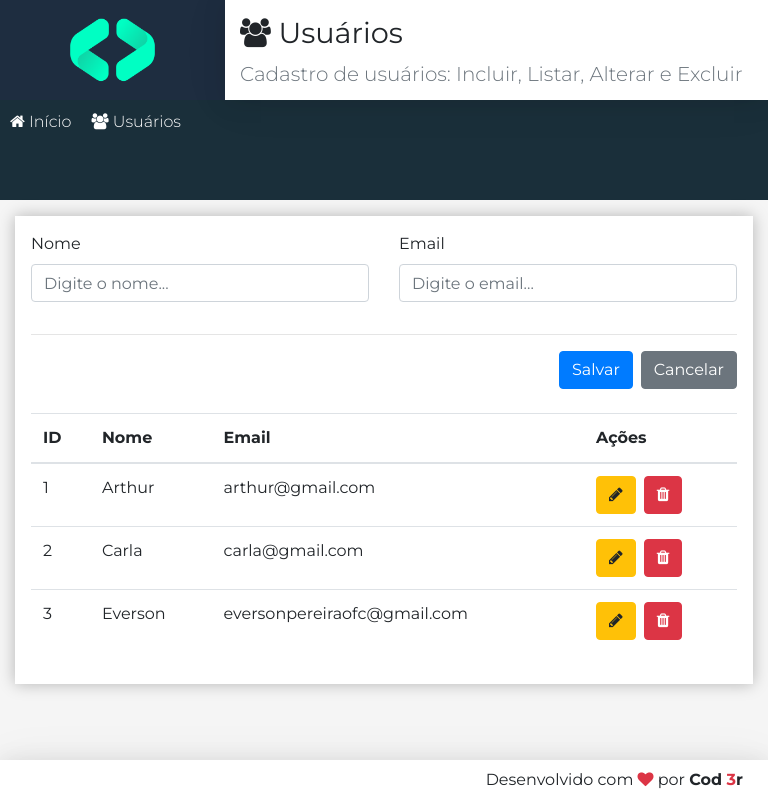
Repository: eversonps/projeto-cadastro-usuarios-firebase
Page: /users (app in frontend/)
The author's editor kept a copy of each file at every save. The page is drawn from the files as they stood at one save, then again after the next save.
The browser window is 768 px wide. The pictures show the whole page.
The project was rebuilt for these pictures with package versions that can differ from the ones it lists, and the page was loaded fresh each time. Requests to the local data server were answered from the project's data file. Also part of the build but not shown: frontend/src/components/home/home.jsx.

Above is the page before, as saved 2022-03-22 15:36:41.

### frontend/public/index.html
<!DOCTYPE html>
<html lang="en">
  <head>
    <meta charset="utf-8" />
    <link rel="icon" href="%PUBLIC_URL%/favicon.ico" />
    <link rel="preconnect" href="https://fonts.googleapis.com">
    <link rel="preconnect" href="https://fonts.gstatic.com" crossorigin>
    <link href="https://fonts.googleapis.com/css2?family=Montserrat:wght@300;400;700&display=swap" rel="stylesheet">
    <meta name="viewport" content="width=device-width, initial-scale=1" />
    <meta name="theme-color" content="#000000" />
    <meta
      name="description"
      content="Web site created using create-react-app"
    />
    <link rel="apple-touch-icon" href="%PUBLIC_URL%/logo192.png" />
    <!--
      manifest.json provides metadata used when your web app is installed on a
      user's mobile device or desktop. See https://developers.google.com/web/fundamentals/web-app-manifest/
    -->
    <link rel="manifest" href="%PUBLIC_URL%/manifest.json" />
    <!--
      Notice the use of %PUBLIC_URL% in the tags above.
      It will be replaced with the URL of the `public` folder during the build.
      Only files inside the `public` folder can be referenced from the HTML.

      Unlike "/favicon.ico" or "favicon.ico", "%PUBLIC_URL%/favicon.ico" will
      work correctly both with client-side routing and a non-root public URL.
      Learn how to configure a non-root public URL by running `npm run build`.
    -->
    <title>React App</title>
  </head>
  <body>
    <noscript>You need to enable JavaScript to run this app.</noscript>
    <div id="root"></div>
    <!--
      This HTML file is a template.
      If you open it directly in the browser, you will see an empty page.

      You can add webfonts, meta tags, or analytics to this file.
      The build step will place the bundled scripts into the <body> tag.

      To begin the development, run `npm start` or `yarn start`.
      To create a production bundle, use `npm run build` or `yarn build`.
    -->
  </body>
</html>

### frontend/src/index.js
import React from 'react';
import ReactDOM from 'react-dom';
import './index.css';
import App from './main/app';
import reportWebVitals from './reportWebVitals';

ReactDOM.render(
  <React.StrictMode>
    <App />
  </React.StrictMode>,
  document.getElementById('root')
);

// If you want to start measuring performance in your app, pass a function
// to log results (for example: reportWebVitals(console.log))
// or send to an analytics endpoint. Learn more: https://bit.ly/CRA-vitals
reportWebVitals();

### frontend/src/main/app.jsx
import "./app.css"
import "bootstrap/dist/css/bootstrap.min.css"
import "font-awesome/css/font-awesome.min.css"

import React from "react"

import Logo from "../components/template/logo"
import Nav from "../components/template/nav"
import Footer from "../components/template/footer"
import Routes from "./routes"

import {BrowserRouter as Router} from "react-router-dom"

export default props => {
    return (
        <div className="app">
            <Router>
                <Logo></Logo>
                <Nav></Nav>
                <Routes></Routes>
                <Footer></Footer>
            </Router>
        </div>
    )
}

### frontend/src/main/app.css
:root{
    --bg-dark: #1A2F3A;
    --logo-height: 100px;
    --header-height: 100px;
    --aside-width: 225px;
    --footer-height: 40px;
    --menu-top-right: 100px;

    --shadow: 0 2px 23px 0 rgba(0, 0, 0, 0.1), 0 2px 49px 0 rgba(0, 0, 0, 0.06);
}

* {
    box-sizing: border-box;
    font-family: 'Montserrat', sans-serif;
}

.app{
    margin: 0px;
    display: grid;
    grid-template-columns: var(--aside-width) 1fr;
    grid-template-rows: var(--header-height) 1fr var(--footer-height);
    grid-template-areas:
        "logo header"
        "menu content"
        "menu footer";
    height: 100vh;
    background-color: #F5F5F5;
}

aside.logo{
    grid-area: logo;
}

header.header{
    grid-area: header;
}

aside.menu-area{
    grid-area: menu;
}

main.content{
    grid-area: content;
}

footer.footer{
    grid-area: footer;
}

@media(max-width: 768px){
    .app{
        grid-template-rows: var(--header-height) var(--menu-top-right) 1fr var(--footer-height);
        grid-template-columns: var(--aside-width) 1fr;
        grid-template-areas:
            "logo header"
            "menu menu"
            "content content"
            "footer footer"
        ;
    }
}

### frontend/src/components/template/logo.jsx
import React from "react"
import "./logo.css"
import logo from "../../assets/images/logo.png"

import { Link } from "react-router-dom"
export default props => (
    <aside className="logo">
        <Link to="/" className="logo">
            <img src={logo} alt="logo" />
        </Link>
    </aside>
)

### frontend/src/components/template/nav.jsx
import React from "react"
import "./nav.css"

import {Link} from "react-router-dom"

export default props => {
    return (
        <aside className="menu-area">
            <nav className="menu">
                <Link to="/">
                    <i className="fa fa-home"></i> Início
                </Link>
                <Link to="/users">
                    <i className="fa fa-users"></i> Usuários
                </Link>
            </nav>
        </aside>
    )
}

### frontend/src/components/template/footer.jsx
import React from "react";
import "./footer.css"

export default props => (
    <footer className="footer">
        <span>
            Desenvolvido com <i className="fa fa-heart text-danger"></i> por <strong>Cod <span className="text-danger">3</span>r</strong>
        </span>
    </footer>
)

### frontend/src/main/routes.jsx
import React from "react";
import {Routes, Route} from "react-router-dom"

import Home from "../components/home/home"
import UserCrud from "../components/user/userCrud"

export default props => (
    <Routes>
        <Route path="/" element={<Home />}/>
        <Route path="/users" element={<UserCrud />}/>
        <Route path="*" element={<Home />}/>
    </Routes>
)

### frontend/src/components/template/logo.css
aside.logo{
    background-color: var(--bg-dark);
    display: flex;
    justify-content: center;
    align-items: center;
}

aside.logo img {
    width: 100%;
}

### frontend/src/components/template/nav.css
aside.menu-area{
    background-color: var(--bg-dark);
    box-shadow: 2px 0 10px 0 rgba(0,0,0,0.12), rgba(0,0,0,0.09);
}

.menu a{
    display: block;
    text-decoration: none;
    color: #FFF;
    font-weight: 300;
    padding: 15px;
}

.menu a:hover {
    background: linear-gradient(135deg, #07A7E3 0%, #32DAC3 100%);
}

@media(max-width: 768px){
    .menu{
        display: flex;
        justify-content: flex-start;
        align-items: center;
    }

    .menu a{
        margin: 0px;
        display: inline;
        padding: 10px;
    }
}

### frontend/src/components/template/footer.css
footer.footer{
    display: flex;
    align-items: center;
    justify-content: flex-end;
    padding: 0 25px;
    background-color: #FFF;
    box-shadow: var(--shadow);
}

### frontend/src/components/user/userCrud.jsx
import React, {Component, useReducer} from "react"
import Main from "../template/main"
import axios from "axios"

const headerProps = {
    icon: "users",
    title: "Usuários",
    subtitle: "Cadastro de usuários: Incluir, Listar, Alterar e Excluir"
}

const baseUrl = "http://localhost:3001/users"
const initialState = {
    user: {name: "", email: ""},
    list: []
}

export default class UserCrud extends Component{
    state = { ...initialState }

    componentWillMount(){
        axios(baseUrl).then(resp => {
            this.setState({list: resp.data})
        })
    }

    clear(){
        this.setState({user: initialState.user})
    }

    save(){
        const user = this.state.user
        const method = user.id ? "put" : "post"
        const url = user.id ? `${baseUrl}/${user.id}` : baseUrl
        axios[method](url, user).then(resp => {
            const list = this.getUpdatedList(resp.data)
            this.setState({user: initialState.user, list})
        })
    }

    getUpdatedList(user, add=true){
        const list = this.state.list.filter(u => u.id !== user.id)
        if(add) list.unshift(user)
        return list
    }

    updateField(event){
        const user = {...this.state.user}
        user[event.target.name] = event.target.value
        this.setState({ user })
    }

    renderForm(){
        return (
            <div className="form">
                <div className="row">
                    <div className="col-12 col-md-6">
                        <div className="form-group">
                            <label>Nome</label>
                            <input type="text" className="form-control" name="name" value={this.state.user.name} onChange={e => this.updateField(e)} placeholder="Digite o nome..."/>
                        </div>
                    </div>

                    <div className="col-12 col-md-6">
                        <div className="form-group">
                            <label>Email</label>
                            <input type="text" className="form-control" name="email" value={this.state.user.email} onChange={e => this.updateField(e)} placeholder="Digite o email..."/>
                        </div>
                    </div>
                </div>

                <hr />

                <div className="row">
                    <div className="col-12 d-flex justify-content-end">
                        <button className="btn btn-primary" onClick={e => this.save(e)}>Salvar</button>
                        <button className="btn btn-secondary ml-2" onClick={e => this.clear(e)}>Cancelar</button>
                    </div>
                </div>
            </div>
        )
    }

    load(user){
        this.setState({ user })
    }

    remove(user){
        axios.delete(`${baseUrl}/${user.id}`).then(resp => {
            const list = this.getUpdatedList(user, false)
            console.log(list)
            this.setState({ list })
        })
    }

    renderTable(){
        return (
            <table className="table mt-4">
                <thead>
                    <tr>
                        <th>ID</th>
                        <th>Nome</th>
                        <th>Email</th>
                        <th>Ações</th>
                    </tr>
                </thead>
                <tbody>
                    {this.renderRows()}
                </tbody>
            </table>
        )
    }

    renderRows(){
        const trs = this.state.list.map(u => {
            return(
                <tr key={u.id}>
                    <td>{u.id}</td>
                    <td>{u.name}</td>
                    <td>{u.email}</td>
                    <td>
                        <button className="btn btn-warning" onClick={() => this.load(u)}>
                            <i className="fa fa-pencil"></i>
                        </button>
                        <button className="btn btn-danger ml-2"  onClick={() => this.remove(u)}>
                            <i className="fa fa-trash"></i>
                        </button>
                    </td>
                </tr>
            )
        })

        return trs
    }

    render(){
        return (
            <Main {...headerProps}>
                {this.renderForm()}
                {this.renderTable()}
            </Main>
        )
    }
}

### frontend/src/components/template/main.jsx
import React from "react"
import Header from "./header"
import "./main.css"

export default props => (
    <>
        <Header {...props}></Header>
        <main className="content container-fluid">
            <div className="p-3 mt-3">
                {props.children}
            </div>
        </main>
    </>
)

### frontend/src/components/template/header.jsx
import React from "react";
import "./header.css"

export default props => (
    <header className="header d-none d-sm-flex flex-column">
        <h1 className="mt-3">
            <i className={`fa fa-${props.icon}`}></i> {props.title}
        </h1>
        <p className="lead text-muted">{props.subtitle}</p>
    </header>
)

### frontend/src/components/template/header.css
header.header{
    background-color: #FFF;
    padding: 0px 15px;
    overflow: hidden;
    white-space: nowrap;
    box-shadow: var(--shadow);
}

header.header h1{
    font-size: 1.8em;
}

### backend/db.json
{
  "users": [
    {
      "id": 1,
      "name": "Arthur",
      "email": "arthur@gmail.com"
    },
    {
      "id": 2,
      "name": "Carla",
      "email": "carla@gmail.com"
    },
    {
      "name": "Everson",
      "email": "eversonpereiraofc@gmail.com",
      "id": 3
    }
  ]
}

Loaded but not shown: frontend/src/index.css (common file); frontend/src/reportWebVitals.js (common file); frontend/src/components/template/main.css (common file)

After the next save:
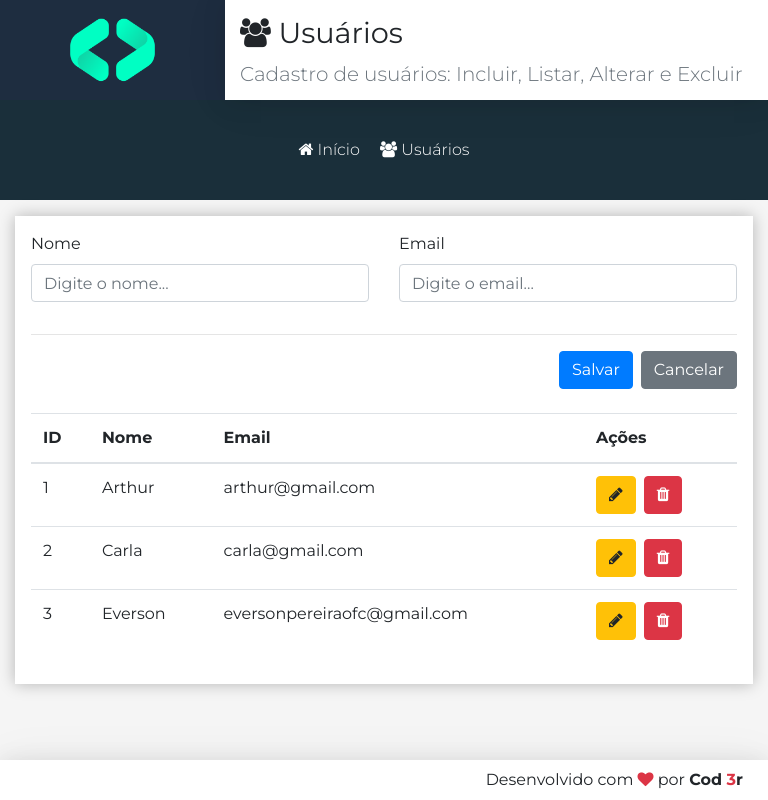
Saved 32 s later.
--- a/frontend/src/components/template/nav.css
+++ b/frontend/src/components/template/nav.css
@@ -27,4 +27,9 @@ aside.menu-area{
         display: inline;
         padding: 10px;
     }
+
+    .menu {
+        height: 100%;
+        justify-content: center;
+    }
 }
